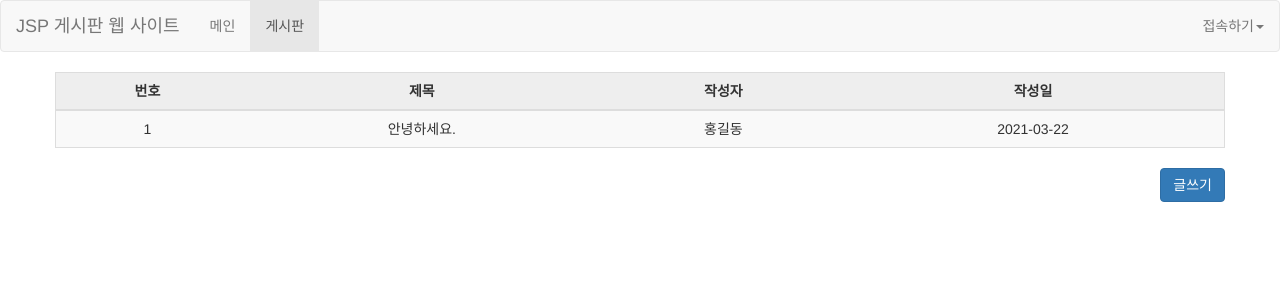
Repository: hseob04/jsp_bbs
Page: http://localhost/BBS/bbs.jsp
These files come from the project's save history. The page is drawn as it stood at one moment and after the next save; the edit follows.
The browser window is 1280 px wide. The pictures show the whole page.
Some web libraries are served in a nearby version. The page is served by Tomcat 9. Queries for data that is not in the repository find no rows.

Above is the page before, as saved 2021-03-22 15:36:35.

After the next save:
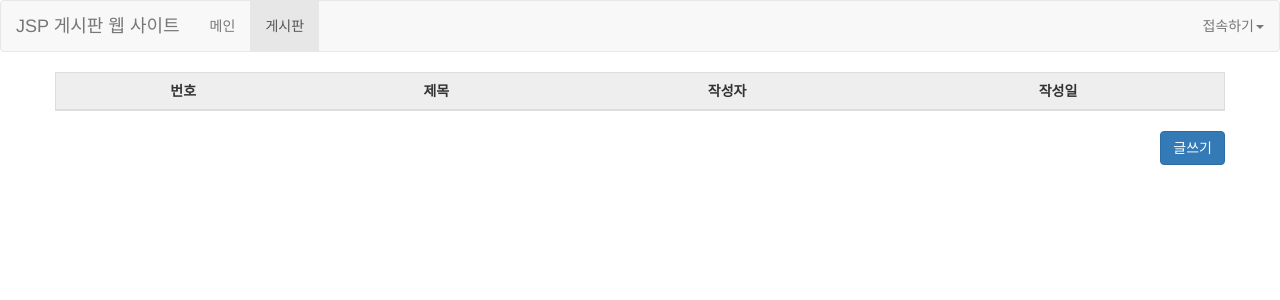
Saved 63 s later.
--- a/JSP/projects/BBS/src/main/webapp/bbs.jsp
+++ b/JSP/projects/BBS/src/main/webapp/bbs.jsp
@@ -95,13 +95,20 @@
 					<%
 						BbsDAO bbsDAO = new BbsDAO();
 						ArrayList<Bbs> list = bbsDAO.getList(pageNumber);
+						for(int i = 0; i < list.size(); i++){
 					%>
-					<tr>
-						<td>1</td>
-						<td>안녕하세요.</td>
-						<td>홍길동</td>
-						<td>2021-03-22</td>
-					</tr>
+
+						<tr>
+							<td>1</td>
+							<td>안녕하세요.</td>
+							<td>홍길동</td>
+							<td>2021-03-22</td>
+						</tr>
+
+					<%
+						}
+					%>
+
 				</tbody>
 			</table>
 			<a href="write.jsp" class="btn btn-primary pull-right">글쓰기</a>
